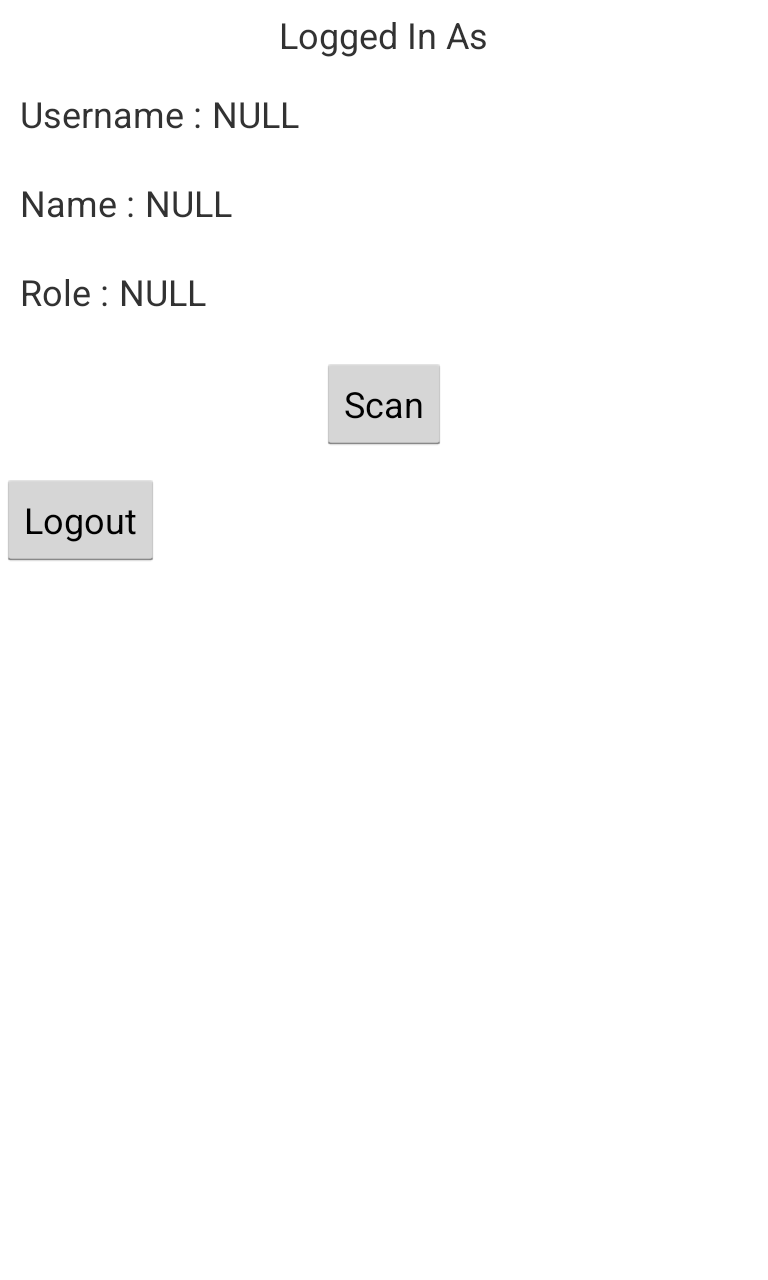
Repository: LennoxAlexion/UID
Layout: Android App/Uid-Project/res/layout/activity_sec_page.xml
The author's editor kept a copy of each file at every save. The layout is drawn from the files as they stood at one save, then again after the next save.
It is drawn on a 768 x 1280 px phone screen (xhdpi) without system bars, with theme AppTheme; the app's code is not run.

Above is the layout before, as saved 2015-03-29 06:18:16.

### Android App/Uid-Project/res/layout/activity_sec_page.xml
<?xml version="1.0" encoding="utf-8"?>
<LinearLayout xmlns:android="http://schemas.android.com/apk/res/android"
    android:layout_width="match_parent"
    android:layout_height="match_parent"
    android:orientation="vertical" >

    <TextView
        android:layout_width="wrap_content"
        android:layout_height="wrap_content"
        android:layout_gravity="center_horizontal"
        android:layout_margin="5dp"
        android:gravity="center"
        android:text="Logged In As"
        android:textSize="18dp" />

    <LinearLayout
        android:layout_width="fill_parent"
        android:layout_height="wrap_content"
        android:layout_margin="5dp"
        android:orientation="horizontal"
        android:padding="5dp" >

        <TextView
            android:layout_width="wrap_content"
            android:layout_height="wrap_content"
            android:text="Username :"
            android:textSize="18dp" />

        <TextView
            android:id="@+id/TextView_Username"
            android:layout_width="wrap_content"
            android:layout_height="wrap_content"
            android:layout_marginLeft="5dp"
            android:text="NULL"
            android:textSize="18dp" />
    </LinearLayout>

    <LinearLayout
        android:layout_width="fill_parent"
        android:layout_height="wrap_content"
        android:layout_margin="5dp"
        android:orientation="horizontal"
        android:padding="5dp" >

        <TextView
            android:layout_width="wrap_content"
            android:layout_height="wrap_content"
            android:text="Name :"
            android:textSize="18dp" />

        <TextView
            android:id="@+id/TextView_Name"
            android:layout_width="wrap_content"
            android:layout_height="wrap_content"
            android:layout_marginLeft="5dp"
            android:text="NULL"
            android:textSize="18dp" />
    </LinearLayout>

    <LinearLayout
        android:layout_width="fill_parent"
        android:layout_height="wrap_content"
        android:layout_margin="5dp"
        android:orientation="horizontal"
        android:padding="5dp" >

        <TextView
            android:layout_width="wrap_content"
            android:layout_height="wrap_content"
            android:text="Role :"
            android:textSize="18dp" />

        <TextView
            android:id="@+id/TextView_Role"
            android:layout_width="wrap_content"
            android:layout_height="wrap_content"
            android:layout_marginLeft="5dp"
            android:text="NULL"
            android:textSize="18dp" />
    </LinearLayout>

    <LinearLayout
        android:layout_width="fill_parent"
        android:layout_height="wrap_content"
        android:layout_margin="5dp"
        android:orientation="horizontal"
        android:padding="5dp"
        android:layout_gravity="center_horizontal"
        android:gravity="center">
    <Button
        android:id="@+id/Button_Sec_Page_Scan"
        android:layout_width="wrap_content"
        android:layout_height="wrap_content"
        android:text="Scan" />
    </LinearLayout>
    <Button
        android:id="@+id/Button_Logout"
        android:layout_width="wrap_content"
        android:layout_height="wrap_content"
        android:text="Logout" />
    </LinearLayout>

</LinearLayout>

Loaded but not shown: Android App/Uid-Project/res/values/styles.xml (common file); Android App/Uid-Project/res/values-v11/styles.xml (common file); Android App/Uid-Project/res/values-v14/styles.xml (common file); Android App/Uid-Project/res/values-v21/styles.xml (common file)

After the next save:
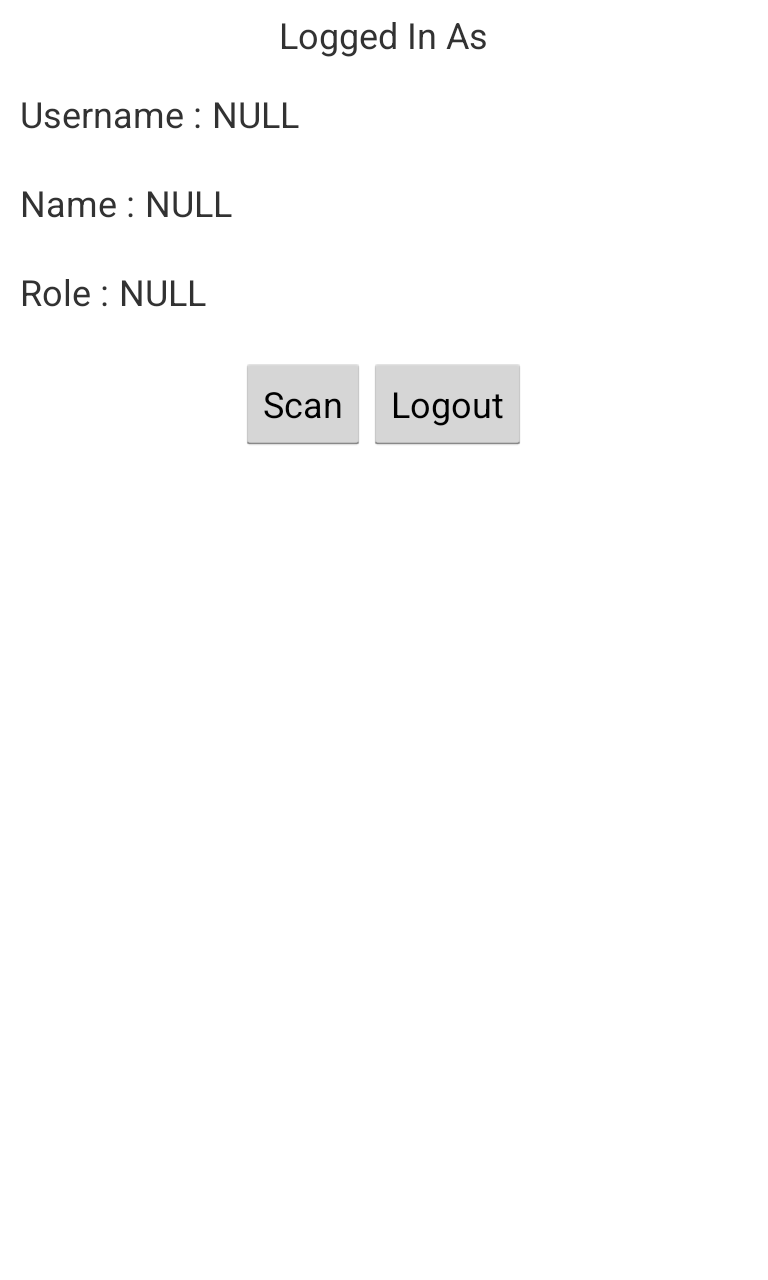
Saved 10 s later.
--- a/Android App/Uid-Project/res/layout/activity_sec_page.xml
+++ b/Android App/Uid-Project/res/layout/activity_sec_page.xml
@@ -92,7 +92,7 @@
         android:layout_width="wrap_content"
         android:layout_height="wrap_content"
         android:text="Scan" />
-    </LinearLayout>
+
     <Button
         android:id="@+id/Button_Logout"
         android:layout_width="wrap_content"
